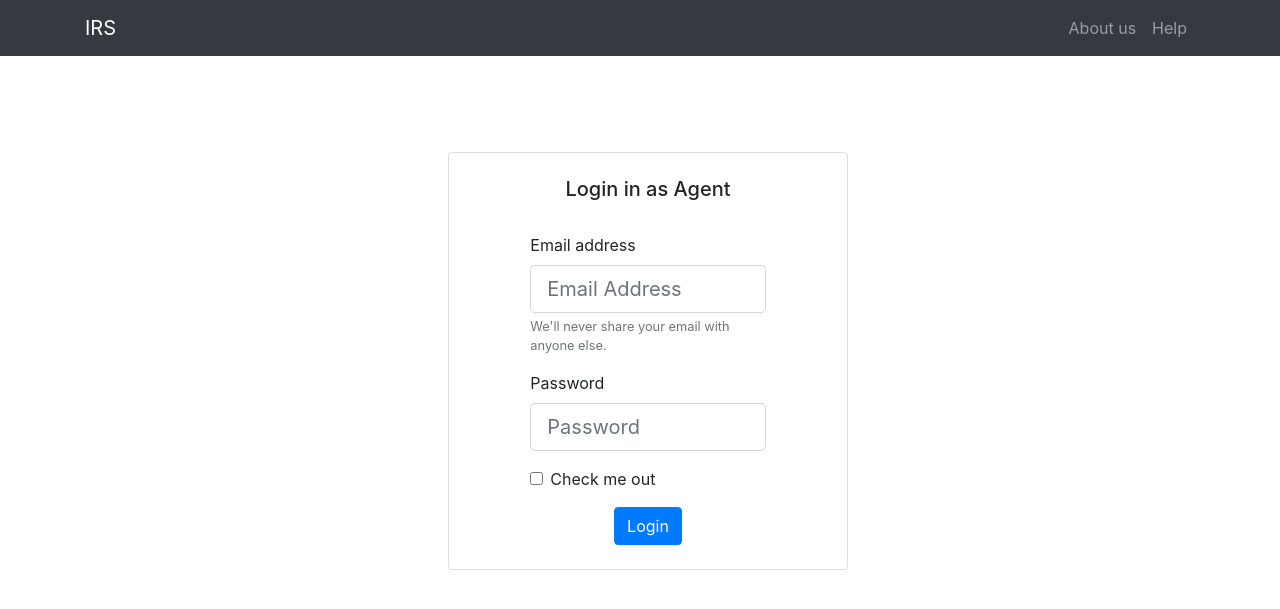
Repository: greeshmavyas/IRS_CS
Page: / (app in AgentManagement/Frontend/)
These files come from the project's save history. The page is drawn as it stood at one moment and after a run of saves; the edit follows.
The browser window is 1280 px wide. The pictures show the whole page.
Some web libraries are served in a nearby version. The project was rebuilt for these pictures with package versions that can differ from the ones it lists, and the page was loaded fresh each time. Also part of the build but not shown: AgentManagement/Frontend/src/components/NavbarDash.js, AgentManagement/Frontend/src/components/Sidebar.js, AgentManagement/Frontend/src/components/Dashboard.js, AgentManagement/Frontend/src/components/Settings.js, AgentManagement/frontend/src/App.css.

Above is the page before, as saved 2020-10-26 16:45:24.

After the next 2 saves:
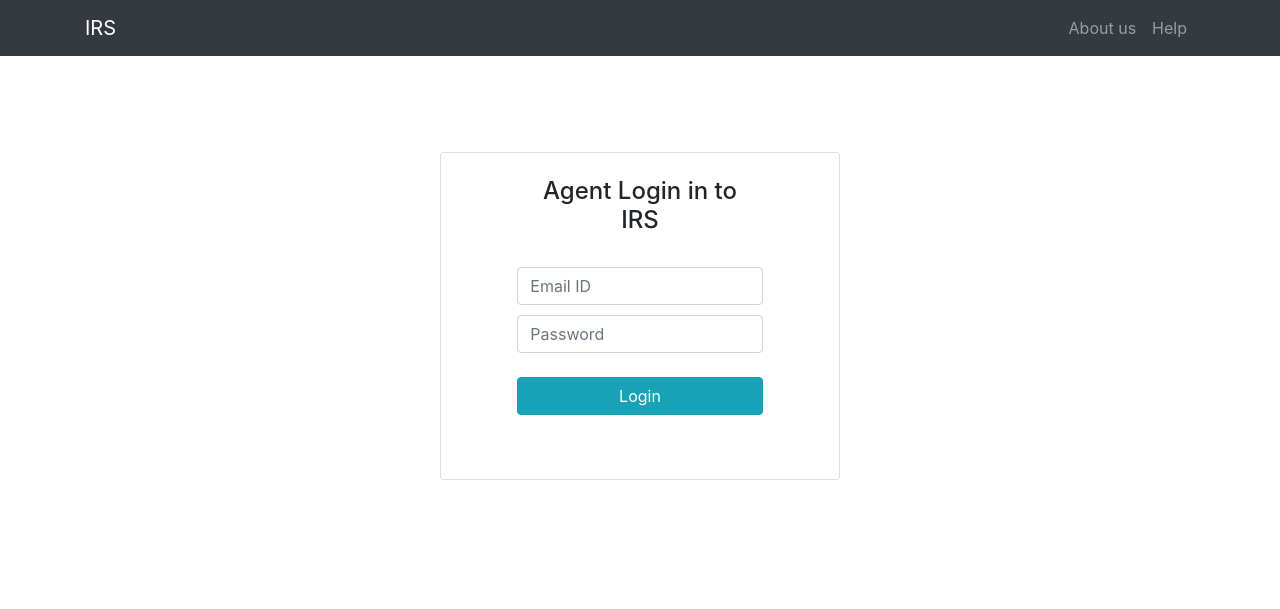
The 2 saves are shown as one change because 1 did not build or start.
The last was saved 65 s later.
--- a/AgentManagement/Frontend/src/components/login.js
+++ b/AgentManagement/Frontend/src/components/login.js
@@ -81,57 +81,40 @@ class login extends Component {
       return <Redirect to="/AgentDashboard" />
     }
     return (
-      <div>
-        <NavbarLogin />
-        <br></br>
-        <br></br>
-        <br></br>
-          <Card style={{ width: '25rem', 'margin-left': '35%' }}>
-            <div className="container">
-              <div className="row">
-                <div className="col-md-8 m-auto">
-                  <br></br>
-                  <center><h5>Login in as Agent</h5></center>
-                  <br></br>
-                  <Form onSubmit={this.onSubmit}>
-                    <Form.Group controlId="formBasicEmail">
-                      <Form.Label>Email address</Form.Label>
-                      <Form.Control type="email"
-                        className="form-control form-control-lg"
-                        placeholder="Email Address"
-                        name="email"
-                        value={this.state.email}
-                        onChange={this.onChange} />
-                      <Form.Text className="text-muted">
-                        We'll never share your email with anyone else.
-                    </Form.Text>
-                    </Form.Group>
+        <div>
+          <NavbarLogin />
+          <br></br>
+          <br></br>
+          <br></br>
+          <center>
+            <Card style={{ width: '25rem' }}>
+              <div className="container">
+                <div className="row">
+                  <div className="col-md-8 m-auto">
+                    <br></br>
+                    <h4>Agent Login in to IRS</h4>
+                    <br></br>
+                    <Form className="input">
+                      <Form.Row>
+                        <Form.Control placeholder="Email ID" onChange={this.emailIDChangeHandler} />
+                        <br></br>
+                        <br></br>
+                        <Form.Control placeholder="Password" type="password" onChange={this.passwordChangeHandler} />
+                        <br></br>
+                        <Button className="btn btn-info btn-block mt-4" onClick={this.submitLogin} >Login</Button>
+                      </Form.Row>
+                      <p className="text-danger">{this.state.message}</p>
+                      <br></br>
+                      <br></br>
 
-                    <Form.Group controlId="formBasicPassword">
-                      <Form.Label>Password</Form.Label>
-                      <Form.Control type="password"
-                        className="form-control form-control-lg"
-                        placeholder="Password"
-                        name="password"
-                        value={this.state.password}
-                        onChange={this.onChange} />
-                    </Form.Group>
-                    <Form.Group controlId="formBasicCheckbox">
-                      <Form.Check type="checkbox" label="Check me out" />
-                    </Form.Group>
-                    <center>
-                    <Button variant="primary" type="submit">
-                      Login
-                    </Button>
-                    </center>
-                  </Form>
-                  <br></br>
+                    </Form>
+                  </div>
                 </div>
               </div>
-            </div>
-          </Card>
-      </div>
-    );
+            </Card>
+          </center>
+        </div>
+      );
   }
 }
 
